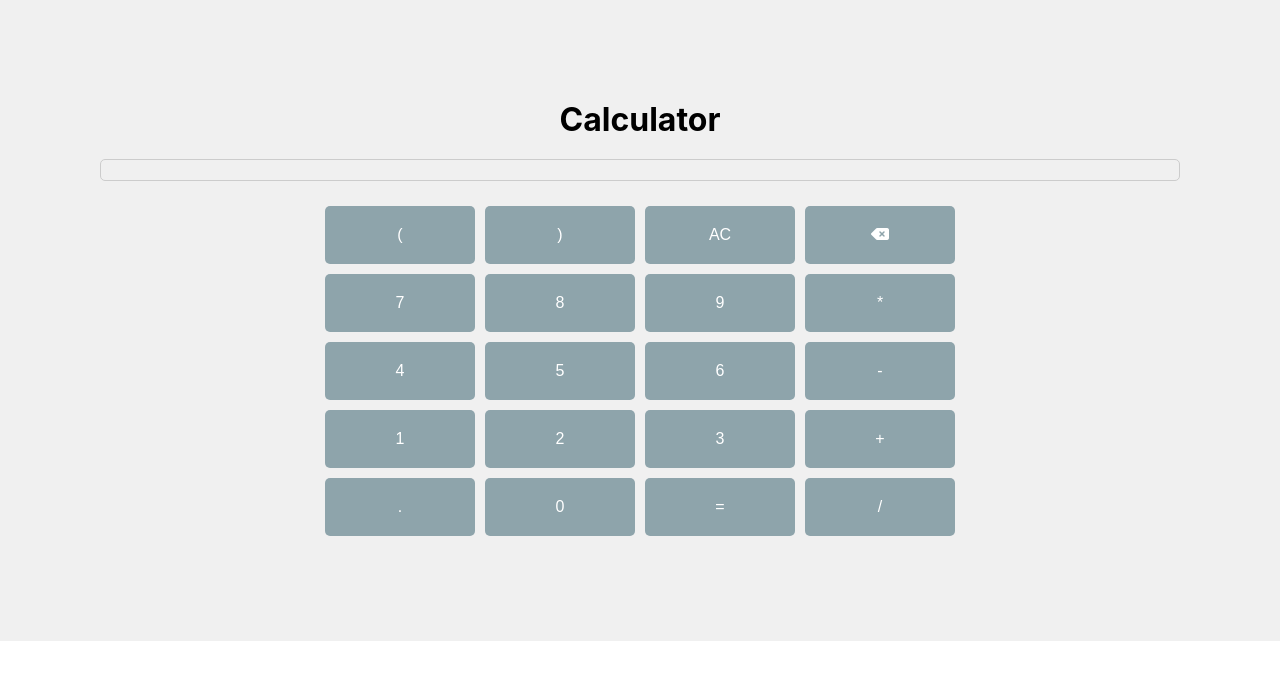
Repository: thesaherriaz/Calculator-React
Page: /
The author's editor kept a copy of each file at every save. The page is drawn from the files as they stood at one save, then again after a run of saves.
The browser window is 1280 px wide. The pictures show the whole page.
The project was rebuilt for these pictures with package versions that can differ from the ones it lists, and the page was loaded fresh each time.

Above is the page before, as saved 2025-06-18 15:29:16.

### public/index.html
<!DOCTYPE html>
<html lang="en">
  <head>
    <meta charset="utf-8" />
    <link rel="icon" href="%PUBLIC_URL%/favicon.ico" />
    <meta name="viewport" content="width=device-width, initial-scale=1" />
    <meta name="theme-color" content="#000000" />
    <meta
      name="description"
      content="Web site created using create-react-app"
    />
    <link rel="apple-touch-icon" href="%PUBLIC_URL%/logo192.png" />
    <link rel="stylesheet" href="https://cdnjs.cloudflare.com/ajax/libs/font-awesome/6.0.0/css/all.min.css">
    <!--
      manifest.json provides metadata used when your web app is installed on a
      user's mobile device or desktop. See https://developers.google.com/web/fundamentals/web-app-manifest/
    -->
    <link rel="manifest" href="%PUBLIC_URL%/manifest.json" />
    <!--
      Notice the use of %PUBLIC_URL% in the tags above.
      It will be replaced with the URL of the `public` folder during the build.
      Only files inside the `public` folder can be referenced from the HTML.

      Unlike "/favicon.ico" or "favicon.ico", "%PUBLIC_URL%/favicon.ico" will
      work correctly both with client-side routing and a non-root public URL.
      Learn how to configure a non-root public URL by running `npm run build`.
    -->
    <title>React App</title>
  </head>
  <body>
    <noscript>You need to enable JavaScript to run this app.</noscript>
    <div id="root"></div>
    <!--
      This HTML file is a template.
      If you open it directly in the browser, you will see an empty page.

      You can add webfonts, meta tags, or analytics to this file.
      The build step will place the bundled scripts into the <body> tag.

      To begin the development, run `npm start` or `yarn start`.
      To create a production bundle, use `npm run build` or `yarn build`.
    -->
  </body>
</html>

### src/App.js
import React from 'react'
import Calculator from './compnents/Calculator'

function App() {
  return (
    <Calculator />
  )
}

export default App

### src/compnents/Calculator.jsx
import React from 'react'
import './Calculator.css'
import { useState } from 'react'

function Calculator() {
    const [input, setInput] = useState('');
    const [result, setResult] = useState('');
    const handleClick = (value) => {
        return () => {
            const input = document.getElementById('input');
            if (value === 'AC') {
                setInput('');
            } else if (value === 'DEL') {
                setInput(input.value.slice(0, -1));
            } else if (value === '=') {
                try {
                    setResult(eval(input));
                    setInput('');
                } catch (error) {
                    setInput('Error');
                }
            } else {
                setInput(input + value);
            }
        };
    }
  return (
    <>
        <div className="Calculator">
            <h1>Calculator</h1>
            <div className="input">{input}</div>
            <div className="result">{result}</div>
            <div>
                <button className='btn-cal'onClick={handleClick('(')}>(</button>
                <button className='btn-cal'onClick={handleClick(')')}>)</button>
                <button className='btn-cal'onClick={handleClick('AC')}>AC</button>
                <button className='btn-cal'onClick={handleClick('DEL')}><i class="fa-solid fa-delete-left"></i></button> <br />

                <button className='btn-cal'onClick={handleClick('7')}>7</button>
                <button className='btn-cal'onClick={handleClick('8')}>8</button>
                <button className='btn-cal'onClick={handleClick('9')}>9</button>
                <button className='btn-cal'onClick={handleClick('*')}>*</button> <br />
                <button className='btn-cal'onClick={handleClick('4')}>4</button>
                <button className='btn-cal'onClick={handleClick('5')}>5</button>
                <button className='btn-cal'onClick={handleClick('6')}>6</button>
                <button className='btn-cal'onClick={handleClick('-')}>-</button> <br />
                <button className='btn-cal'onClick={handleClick('1')}>1</button>
                <button className='btn-cal'onClick={handleClick('2')}>2</button>
                <button className='btn-cal'onClick={handleClick('3')}>3</button>
                <button className='btn-cal'onClick={handleClick('+')}>+</button> <br />
                <button className='btn-cal'onClick={handleClick('.')}>.</button>
                <button className='btn-cal'onClick={handleClick('0')}>0</button>
                <button className='btn-cal'onClick={handleClick('=')}>=</button>
                <button className='btn-cal'onClick={handleClick('/')}>/</button>
            </div>
        </div>
    </>
  )
}

export default Calculator

### src/compnents/Calculator.css
*{
    box-sizing: border-box;
    margin: 0;
    padding: 0;

}
.Calculator {
  display: flex;
  flex-direction: column;
  align-items: center;
  justify-content: center;
  /* height: 100vh; */
  background-color: #f0f0f0;
  padding: 100px;
}
.btn-cal{
  background-color: #8ea4ab;
  width: 150px;
  color: white;
  border: none;
  padding: 20px;
  font-size: 16px;
  cursor: pointer;
  border-radius: 5px;
  margin: 5px;
  transition: background-color 0.3s ease;
}

.input {
  width: 100%;
  padding: 10px;
  font-size: 16px;
  border: 1px solid #ccc;
  border-radius: 5px;
  margin: 20px;
}

Loaded but not shown: src/index.js (common file); src/index.css (common file); src/reportWebVitals.js (common file)

After the next 3 saves:
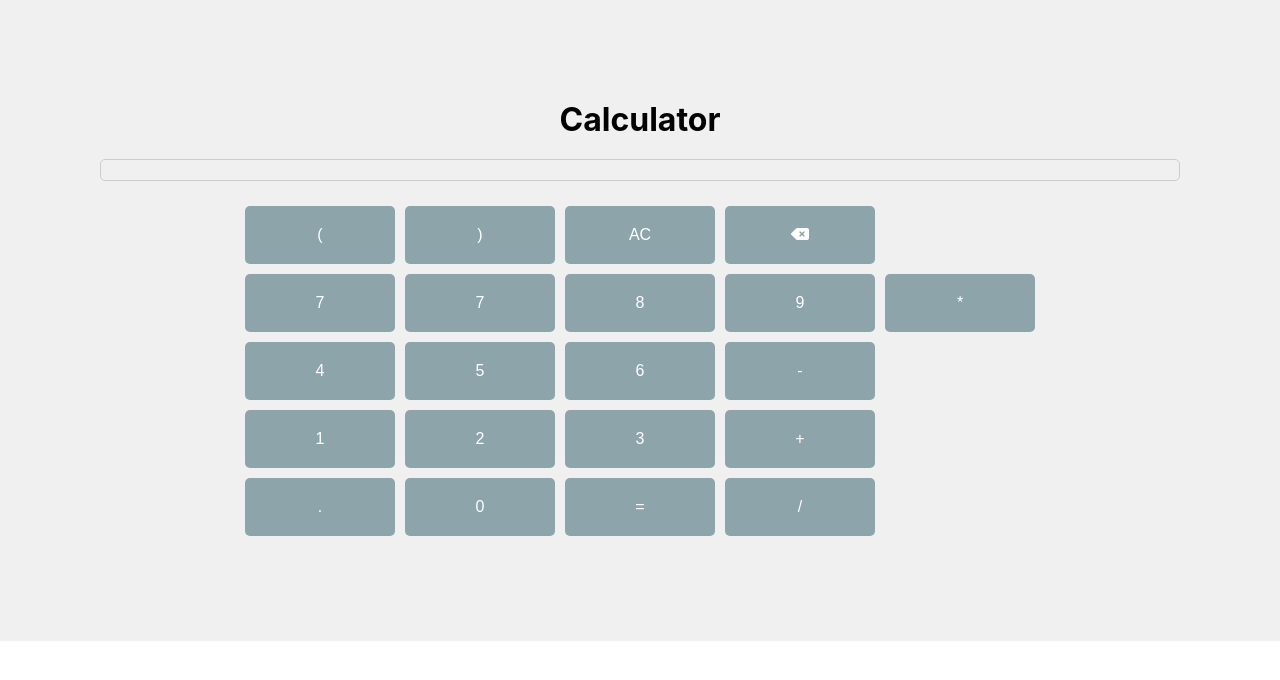
The 3 saves are shown as one change because 1 did not build or start and some came seconds apart.
The last was saved 12 s later.
--- a/src/compnents/Calculator.jsx
+++ b/src/compnents/Calculator.jsx
@@ -35,7 +35,7 @@ function Calculator() {
                 <button className='btn-cal'onClick={handleClick(')')}>)</button>
                 <button className='btn-cal'onClick={handleClick('AC')}>AC</button>
                 <button className='btn-cal'onClick={handleClick('DEL')}><i class="fa-solid fa-delete-left"></i></button> <br />
-
+                <button className='btn-cal'onClick={handleClick('7')}>7</button>
                 <button className='btn-cal'onClick={handleClick('7')}>7</button>
                 <button className='btn-cal'onClick={handleClick('8')}>8</button>
                 <button className='btn-cal'onClick={handleClick('9')}>9</button>
